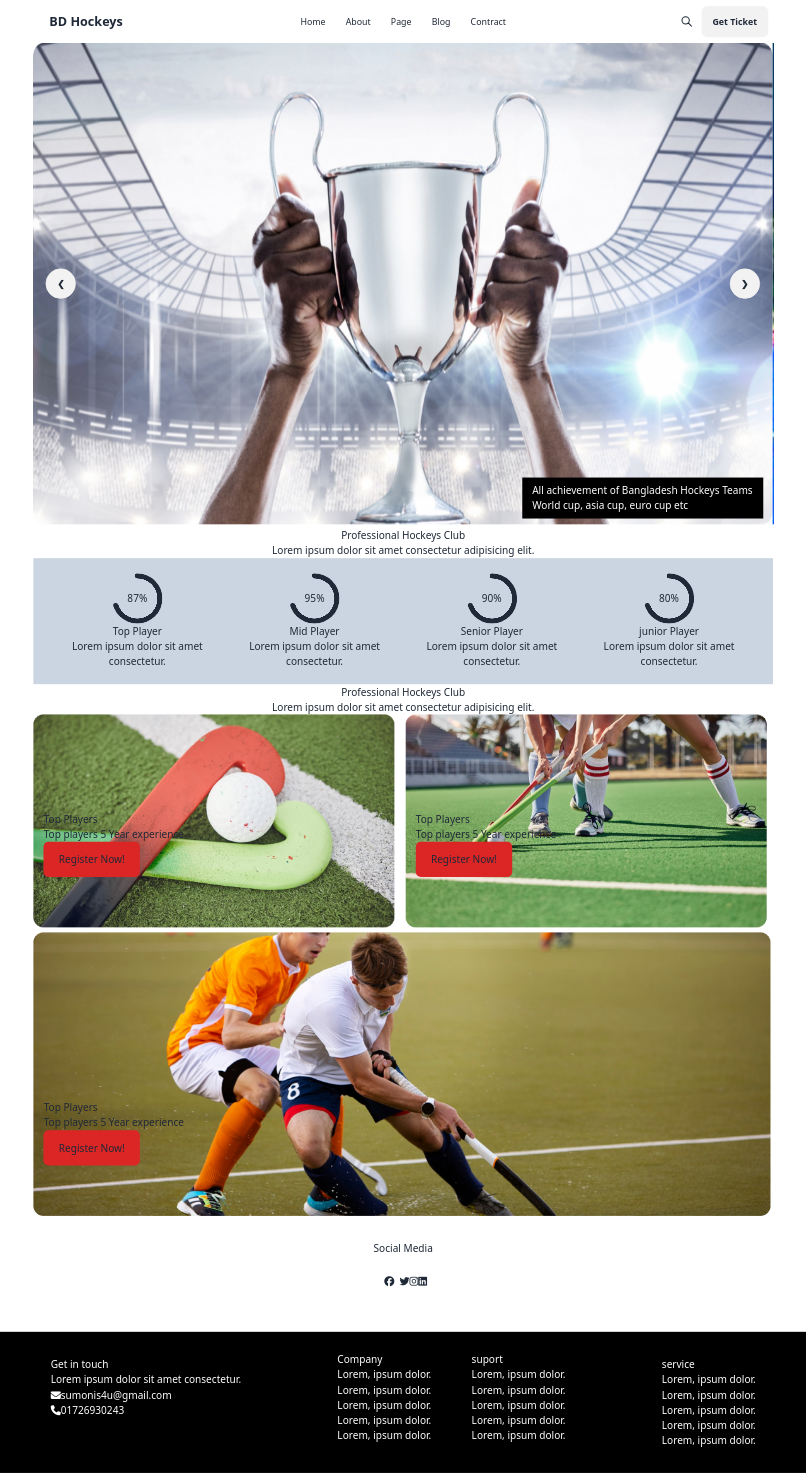
Repository: sumonkumarsarkar/bd-hockeys-team
Page: index.html
The author's editor kept a copy of each file at every save. The page is drawn from the files as they stood at one save, then again after the next save.
The browser window is 1280 px wide. The pictures show the whole page, at 63% of full size.
Some web libraries are served in a nearby version.

Above is the page before, as saved 2024-01-23 23:22:26.

After the next save:
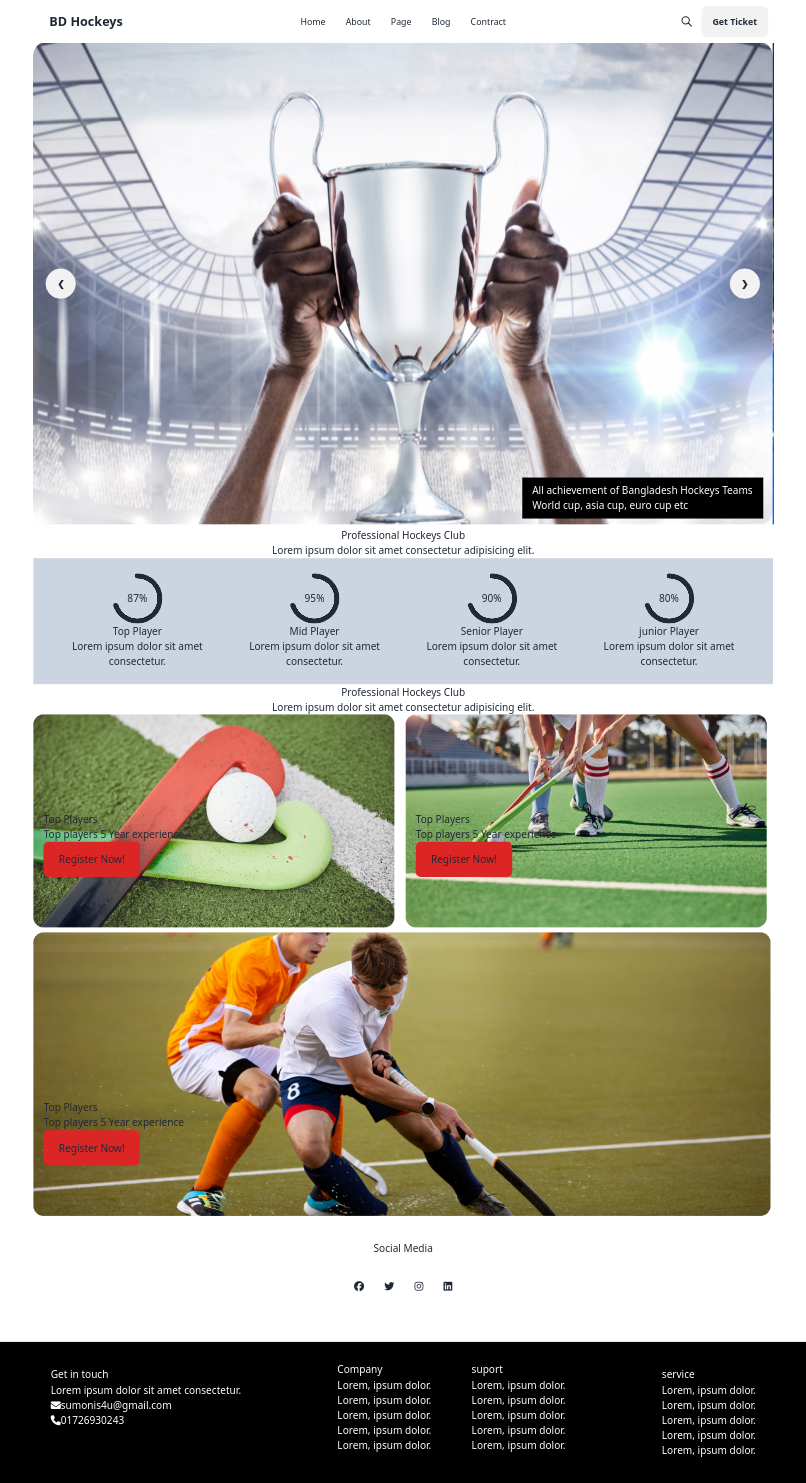
Saved 21 s later.
--- a/index.html
+++ b/index.html
@@ -207,10 +207,10 @@
             <h2>Social Media</h2>
         </div>
             <div class="flex justify-center items-center p-5">
-             <div class="p-2"><i class="fa-brands fa-facebook"></i></div>
-             <div><i class="fa-brands fa-twitter"></i></div>
-             <div><i class="fa-brands fa-instagram"></i></div>
-             <div><i class="fa-brands fa-linkedin"></i></div>
+             <div class="p-4"><i class="fa-brands fa-facebook"></i></div>
+             <div class="p-4"><i class="fa-brands fa-twitter"></i></div>
+             <div class="p-4"><i class="fa-brands fa-instagram"></i></div>
+             <div class="p-4"><i class="fa-brands fa-linkedin"></i></div>
             </div>
 
     </div>
